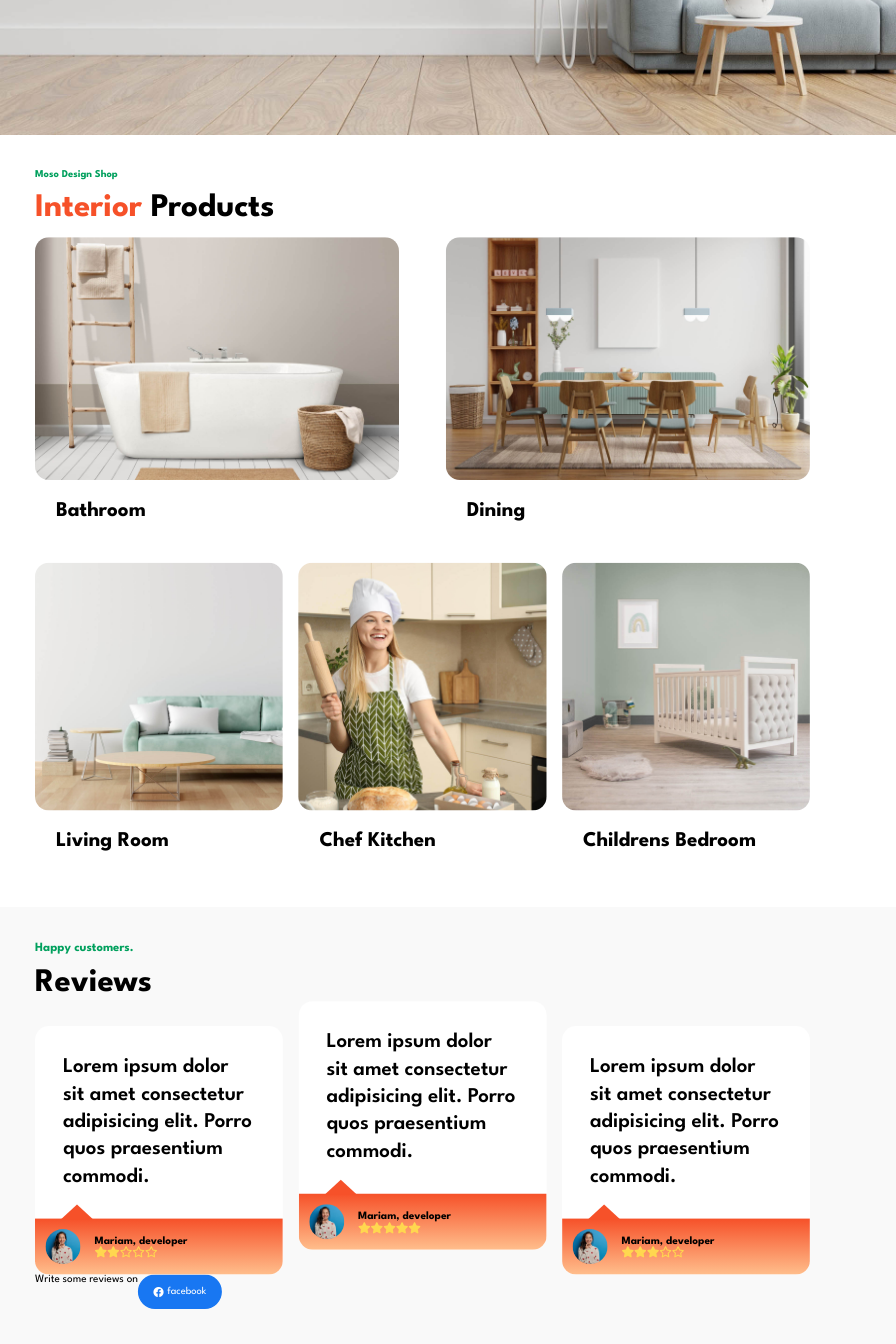
Repository: mariamnabil23/furniture
Page: index.html
The author's editor kept a copy of each file at every save. The page is drawn from the files as they stood at one save, then again after the next save.
The browser window is 1280 px wide. The pictures show the part of the page from y = 1827 to 3747 px (the page is 3747 px tall), at 70% of full size.
Some web fonts or font styles are not loaded; a fallback is used.

Above is the page before, as saved 2024-10-31 10:15:59.

### index.html
<!DOCTYPE html>
<html lang="en">

<head>
    <meta charset="UTF-8">
    <meta name="viewport" content="width=device-width, initial-scale=1.0">
    <title>Furnture</title>

    <!-- font awesome -->
    <link rel="stylesheet" href="https://cdnjs.cloudflare.com/ajax/libs/font-awesome/6.0.0-beta3/css/all.min.css">

    <!-- google font -->
    <link rel="preconnect" href="https://fonts.googleapis.com">
    <link rel="preconnect" href="https://fonts.gstatic.com" crossorigin>
    <link
        href="https://fonts.googleapis.com/css2?family=Anton&family=DM+Sans:ital,opsz,wght@0,9..40,100..1000;1,9..40,100..1000&family=Inter:wght@100..900&family=Karla:ital,wght@0,200..800;1,200..800&family=League+Spartan:wght@100..900&family=Montserrat:ital,wght@0,100..900;1,100..900&family=Nunito:ital,wght@0,200..1000;1,200..1000&family=Playwrite+GB+S:ital,wght@0,100..400;1,100..400&family=Saira+Semi+Condensed:wght@100;200;300;400;500;600;700;800;900&family=Sorts+Mill+Goudy:ital@0;1&family=Tajawal:wght@200;300;400;500;700;800;900&family=Work+Sans:ital,wght@0,100..900;1,100..900&family=Yellowtail&family=Zen+Dots&display=swap"
        rel="stylesheet">


    <link rel="stylesheet" href="style.css">
</head>

<body>
    <div class="container">

        <!-- header section -->
        <section class="header">
            <div class="navbar">
                <div class="left">
                    <h2> <span class="y">Moso</span> Inter<span class="g">ior</span></h2>
                </div>
                <div class="right">
                    <ul>
                        <li><a href="#">Home</a></li>
                        <li><a href="#">About</a></li>
                        <li><a href="#">Shop</a></li>
                        <li><a href="#">Reviews</a></li>
                        <li><a href="#">Contact</a></li>
                    </ul>
                </div>
            </div>
        </section>

        <!-- home section -->
        <section class="home">
            <div class="content">
                <div class="top">
                    <h5>Welcome to Moso Interior</h5>
                    <i class="fas fa-home"></i>
                </div>
                <div class="middle">
                    <h1>Decorate a beautiful <br> interior for your space</h1>
                </div>
                <div class="bottom">
                    <div class="l">
                        <label>Product</label>
                        <input placeholder="bathroom, livin">
                    </div>
                    <div class="r">
                        <label>Product</label>
                        <input placeholder="bathroom, livin">
                    </div>
                    <div class="btn">
                        <button>Search</button>
                    </div>
                    <div class="down"><i class="fas fa-arrow"></i></div>
                </div>
            </div>
        </section>

        <!-- about section -->
        <section class="about">
            <div class="content">
                <div class="left">
                    <h5>Our Story</h5>
                    <h1>Introducing <span>Moso</span></h1>
                    <h2>Since 1986, We crafted <br> interior products for better <br> spaces</h2>
                    <p>Moso Interior is a free Bootstrap 5 HTML CSS template for your website. Tooplate is one of the
                        best websites to download 100% free HTML Templates for web designers and developers around the
                        world. Thank you for visiting.</p>
                </div>
                <div class="middle">
                    <img src="/images/about1.jpg">
                </div>
                <div class="right">
                    <img src="/images/about2.jpg">
                </div>
            </div>
        </section>

        <!-- open section -->
        <section class="open">
            <div class="content">
                <h1>Opening Hours</h1>
                <div class="box">
                    <i class="fa-regular fa-clock"></i>
                    <div class="hours">
                        <div><span class="day">Mon - Friday ~</span> <span class="clock">8:00 AM - 6:00 PM</span></div>
                        <div class="s"><span class="day">Saturday ~</span> <span class="clock">10:00 AM - 10:00 PM</span></div>
                        <div><span class="day">Sunday ~ Closed</span></div>
                    </div>
                </div>
            </div>
        </section>

        <!-- products section -->
        <section class="products">
            <div class="content">
                <div class="top">
                    <h5>Moso Design Shop</h5>
                    <h2> <span class="r">Interior</span> Products</h2>
                </div>
                <div class="box-two">
                    <div class="b1">
                        <img src="/images/p1.jpg" >
                        <h3>Bathroom</h3>
                    </div>
                    <div class="b2">
                        <img src="/images/p2.jpg" >
                        <h3>Dining</h3>
                    </div>
                </div>
                <div class="box-three">
                    <div class="b3">
                        <img src="/images/p3.jpg" >
                        <h3>Living Room</h3>
                    </div>
                    <div class="b4">
                        <img src="/images/p4.jpg" >
                        <h3>Chef Kitchen</h3>
                    </div>
                    <div class="b5">
                        <img src="/images/p5.jpg" >
                        <h3>Childrens Bedroom</h3>
                    </div>
                </div>
            </div>
        </section>

        <!-- reviews section -->
        <section class="reviews">
            <div class="content">
                <div class="top">
                    <h5>Happy customers.</h5>
                    <h2>Reviews</h2>
                </div>
                <div class="container">
                    <div class="box">
                        <h2>Lorem ipsum dolor sit amet consectetur adipisicing elit. Porro quos praesentium commodi.</h2>
                        <div class="btm">
                            <img src="/images/person1.jpg" >
                            <div class="rating">
                                <h4>Mariam, developer</h4>
                                <div class="stars">
                                    <i class="fa-solid fa-star"></i>
                                    <i class="fa-solid fa-star"></i>
                                    <i class="fa-regular fa-star"></i>
                                    <i class="fa-regular fa-star"></i>
                                    <i class="fa-regular fa-star"></i>
                                </div>
                            </div>
                        </div>
                    </div>
                    <div class="box">
                        <h2>Lorem ipsum dolor sit amet consectetur adipisicing elit. Porro quos praesentium commodi.</h2>
                        <div class="btm">
                            <img src="/images/person1.jpg" >
                            <div class="rating">
                                <h4>Mariam, developer</h4>
                                <div  class="stars">
                                    <i class="fa-solid fa-star"></i>
                                    <i class="fa-solid fa-star"></i>
                                    <i class="fa-solid fa-star"></i>
                                    <i class="fa-solid fa-star"></i>
                                    <i class="fa-solid fa-star"></i>
                                </div>
                            </div>
                        </div>
                    </div>
                    <div class="box">
                        <h2>Lorem ipsum dolor sit amet consectetur adipisicing elit. Porro quos praesentium commodi.</h2>
                        <div class="btm">
                            <img src="/images/person1.jpg" >
                            <div class="rating">
                                <h4>Mariam, developer</h4>
                                <div  class="stars">
                                    <i class="fa-solid fa-star"></i>
                                    <i class="fa-solid fa-star"></i>
                                    <i class="fa-solid fa-star"></i>
                                    <i class="fa-regular fa-star"></i>
                                    <i class="fa-regular fa-star"></i>
                                </div>
                            </div>
                    </div>
                    </div>
                </div>
                <div class="bottom">
                    <p>Write some reviews on</p>
                    <a href="#" class="box-btn"> <i class="fa-brands fa-facebook"></i> facebook </a>
                </div>
        </section>

    </div>
</body>

</html>

### style.css
@import url('https://fonts.googleapis.com/css2?family=Anton&family=DM+Sans:ital,opsz,wght@0,9..40,100..1000;1,9..40,100..1000&family=Inter:wght@100..900&family=Karla:ital,wght@0,200..800;1,200..800&family=League+Spartan:wght@100..900&family=Montserrat:ital,wght@0,100..900;1,100..900&family=Nunito:ital,wght@0,200..1000;1,200..1000&family=Playwrite+GB+S:ital,wght@0,100..400;1,100..400&family=Saira+Semi+Condensed:wght@100;200;300;400;500;600;700;800;900&family=Sorts+Mill+Goudy:ital@0;1&family=Tajawal:wght@200;300;400;500;700;800;900&family=Work+Sans:ital,wght@0,100..900;1,100..900&family=Yellowtail&family=Zen+Dots&display=swap');


* {
    box-sizing: border-box;
    padding: 0;
    margin: 0;
}

body {
    font-family: "League Spartan", sans-serif;
}

ul {
    list-style: none;
}

a {
    text-decoration: none;
}

.header {
    background-color: rgb(249, 251, 251);
    height: 70px;
    position: fixed;
    width: 100%;
}

.navbar {
    width: 90%;
    margin: auto;
}

.navbar .left {
    float: left;
    display: inline;
}

.navbar .left h2 {
    color: #f65129;
    font-size: 35px;
}

.navbar .left .y {
    color: #ffd74f;
}

.navbar .left .g {
    color: #00a05d;
}

.navbar .right {
    float: right;
    display: inline;
    width: 60%;
}

.navbar .right ul {
    display: flex;
    justify-content: space-between;

}

.navbar .right ul li a {
    color: #706f6f;
    font-size: 20px;
}

.navbar .right ul li a {
    background-color: #ffd74f;

}


/* home */
.home {
    width: 100%;
    height: 100vh;
    background-image: url("/images/home-bg-1.jpg");
    background-size: cover;
    display: flex;
    flex-direction: column;
    align-items: center;
    justify-content: center;
    align-items: center;
}

.home .content {
    display: flex;
    flex-direction: column;
    align-items: center;
    justify-content: center;
    align-items: center;
}

.home .top h5 {
    display: inline;
    color: #00a05d;
    font-size: 18px;
}

.home .top i {
    color: #f65129;
}

.home .middle h1 {
    color: white;
    font-size: 60px;
    margin: 20px 0;
    line-height: 1.2;
}

.home .bottom {
    background: white;
    border-radius: 15px;
    padding: 40px;
    display: flex;
}

.home .bottom .l,
.home .bottom .r {
    margin: auto;
}

.home .bottom .r,
.home .bottom .btn {
    padding-left: 10px;
}

.home .bottom button {
    background: #f65129;
    padding: 10px;
    color: white;
    border: none;
    border-radius: 5px;
}


/* about */

.about {}

.about .content {
    display: flex;
    justify-content: space-between;
    align-items: center;
    width: 90%;
    margin: 100px auto;
}

.about .left {
    width: 40%;
    height: 280px;
}

.about .left h5 {
    color: #00a05d;
    font-size: 18px;
}

.about .middle {
    width: 25%;
    height: 300px;
}

.about .middle img {
    width: 100%;
    height: 100%;
    object-fit: cover;
    border-radius: 100%;
}

.about .right {
    width: 30%;
    height: 380px;
}

.about .right img {
    width: 100%;
    height: 100%;
    object-fit: cover;
    border-radius: 100%;
}

.about .left h1,
h2 {
    color: #6c757d;
}

.about .left h1 {
    font-size: 50px;
    font-weight: 600;
}

.about .left h2 {
    font-size: 40px;
    font-weight: 500;
    margin: 20px 0;

}

.about .left span {
    color: black;
}

.about .left p {
    color: #717275;
    font-size: 16px;
    font-weight: 300;
    line-height: 1.5;
}

/* open */
.open {
    width: 100%;
    height: 100vh;
    background-image: url('/images/open-bg.jpg');
    background-size: cover;
    position: relative;

}

.open .content {
    background-color: #e9eaeb;
    border-top: 25px solid #f65129;
    border-radius: 20px;
    width: 35%;
    padding: 30px 50px;
    position: absolute;
    top: 50%;
    left: 30%;
    transform: translate(-50%, -50%);
}

.open h1 {
    font-size: 50px;
    font-weight: 600;
}

.open .box {
    display: flex;
    align-items: baseline;
    margin-top: 30px;
}

.open .box i {
    padding-right: 16px;
    font-size: 25px;
    color: #504f4f;
}

.open .box .day {
    color: #838383;
    font-size: 20px;
    font-weight: 400;
}

.open .box .clock {
    font-size: 20px;
    font-weight: 700;
    color: #4a4949;
}

.open .box .s {
    padding: 20px 0;
}


/* products */


.products {
    color: #00a05d;
    font-size: 18px;
    margin: 50px 0px 50px 50px;
}

.products .content {
    width: 90%;
}

.products .top {}

.products .top h2 {
    color: black;
    margin: 20px 0;
    font-size: 47px;
}

.products .top .r {
    color: #f65129;
}

.products .box-two,
.products .box-three {
    width: 100%;
    display: flex;
    justify-content: space-between;
}

.products .box-two .b1,
.products .box-two .b2 {
    width: 47%;
    border-radius: 20px;
    display: flex;
    flex-direction: column;
}

.products .box-two .b1 img,
.products .box-two .b2 img {
    object-fit: cover;
    width: 100%;
    height: 100%;
    border-radius: 20px;
}

.products .box-three {
    margin-top: 30px;
}

.products .box-three .b3,
.products .box-three .b4,
.products .box-three .b5 {
    width: 32%;
    border-radius: 20px;
    display: flex;
    flex-direction: column;
}

.products .box-three .b3 img,
.products .box-three .b4 img,
.products .box-three .b5 img {
    object-fit: cover;
    width: 100%;
    border-radius: 20px;
}

.products .box-two h3,
.products .box-three h3 {
    color: black;
    padding: 30px;
    font-size: 30px;
}

/* Reviews */
.reviews {
    padding: 50px 0px 50px 50px;
    background-color: #f9f9f9;
}

.reviews .content {
    width: 90%;
}

.reviews .top h5 {
    color: #00a05d;
    font-size: 18px;
}

.reviews .top h2 {
    color: black;
    margin: 20px 0;
    font-size: 47px;
}

.reviews .container {
    display: flex;
    justify-content: space-between;
    margin-top: 40px;
    position: relative;
}

.reviews .box {
    display: flex;
    flex-direction: column;
    width: 32%;
    background-color: white;
    border-radius: 20px;
    overflow: hidden;
}

.reviews .box:nth-child(2) {
    position: absolute;
    top: 40%;
    left: 50%;
    transform: translate(-50%, -50%);
}

.reviews .box h2 {
    color: black;
    font-size: 30px;
    font-weight: 600;
    line-height: 1.3;
    padding: 40px;
}

.reviews .box .btm {
    display: flex;
    align-items: center;
    padding-top: 20px;
    background: linear-gradient(180deg, rgba(246, 81, 41, 1) 0%, rgba(255, 190, 140, 1) 100%);
    padding: 15px;
    position: relative;
}

.reviews .box .btm::before {
    content: '';
    position: absolute;

    display: block;
    margin: auto;
    width: 0;
    height: 0;
    border-bottom: 22px solid rgba(246, 81, 41, 1);
    border-left: 24px solid transparent;
    border-right: 24px solid transparent;
    position: absolute;
    top: -20px;
    left: 36px;
}

.reviews .box .btm .rating {
    display: flex;
    flex-direction: column;
    padding-left: 20px;
}

.reviews .box .btm .stars {
    color: #ffd74f;
    display: flex;
}

.reviews img {
    width: 50px;
    height: 50px;
    border-radius: 50%;
    object-fit: cover;
}
.reviews .bottom,
.reviews .bottom .box-btn{
    display: flex;
    al
}
.reviews .bottom .box-btn{
    background-color: #1877f2;
    color: white;
    padding: 6px;
    border-radius: 100px;
    border: none;
    padding: 15px 20px;
    font-size: 15px;
    font-weight: 400;
    border: 2px solid #1877f2
}
.reviews .bottom .box-btn:hover{
    background-color: white;
    color: #1877f2;
}
.reviews .bottom .box-btn i{
    padding-right: 5px;
}

After the next save:
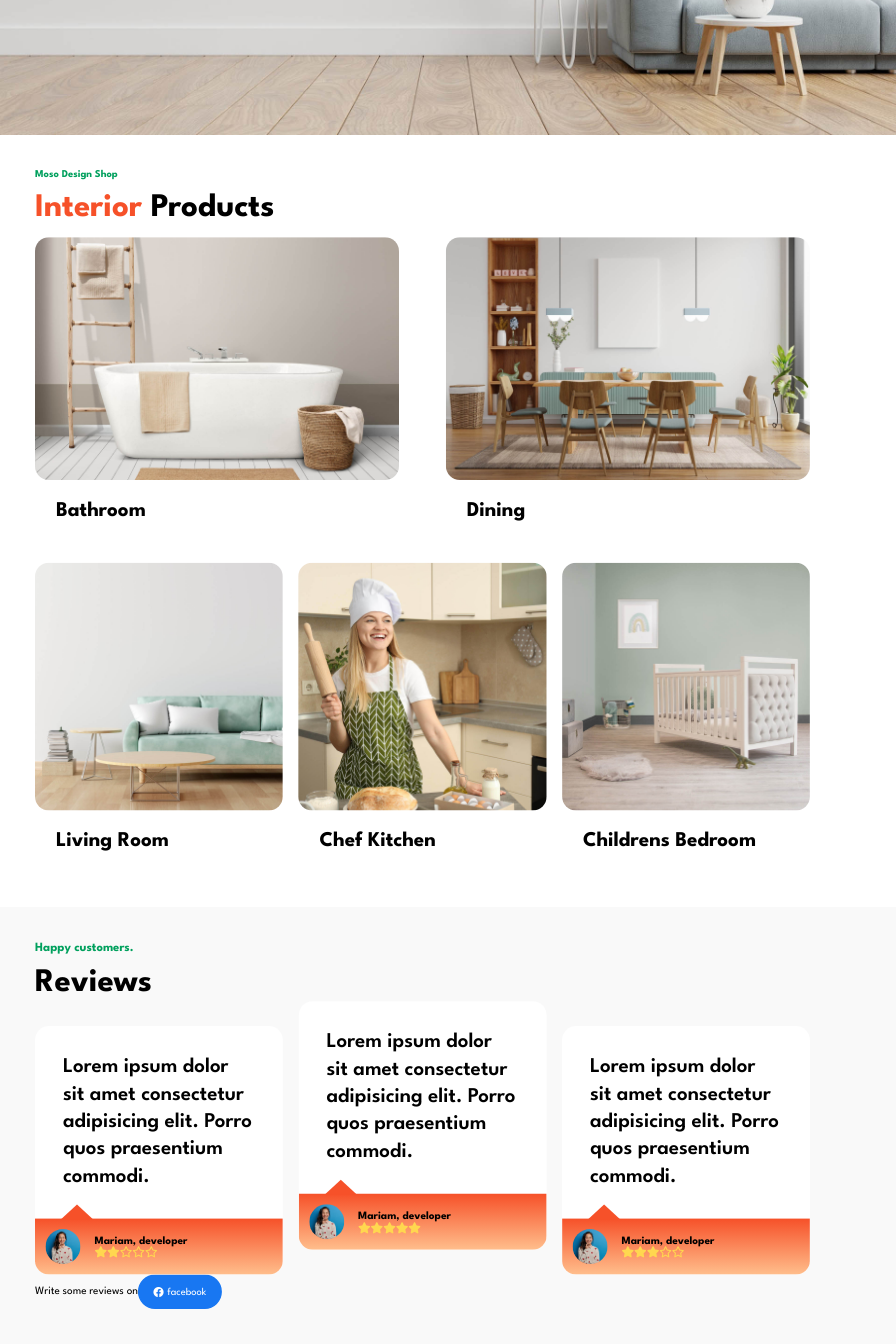
Saved 4 s later.
--- a/style.css
+++ b/style.css
@@ -439,7 +439,7 @@ h2 {
 .reviews .bottom,
 .reviews .bottom .box-btn{
     display: flex;
-    al
+    align-items: center;
 }
 .reviews .bottom .box-btn{
     background-color: #1877f2;
